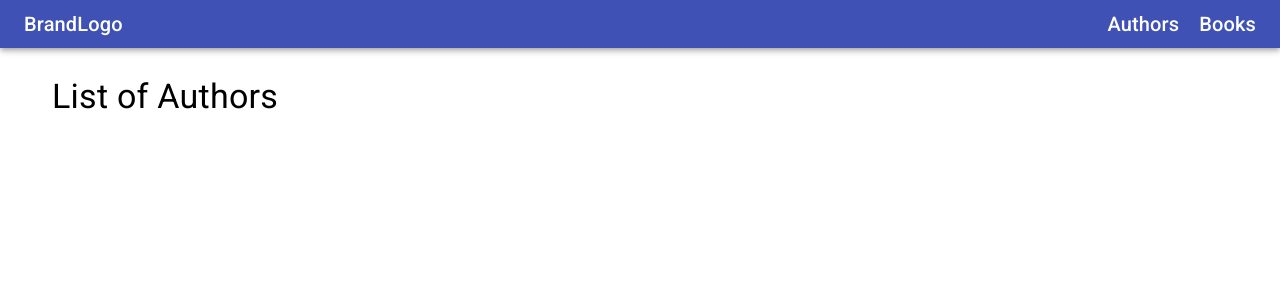
Repository: Sociophuck/00007494
Page: /authors (app in front/)
An editor plug-in stored every save of this project. The page is shown before and after the next save, followed by the edit.
The browser window is 1280 px wide. The pictures show the whole page.
The page's requests for data from a server got no answer. The project was rebuilt for these pictures with package versions that can differ from the ones it lists, and the page was loaded fresh each time. No one was signed in, and anything a server would have sent is missing. Also part of the build but not shown: front/src/Book.js, front/src/Home.js.

Above is the page before, as saved 2021-04-04 12:10:06.

After the next save:
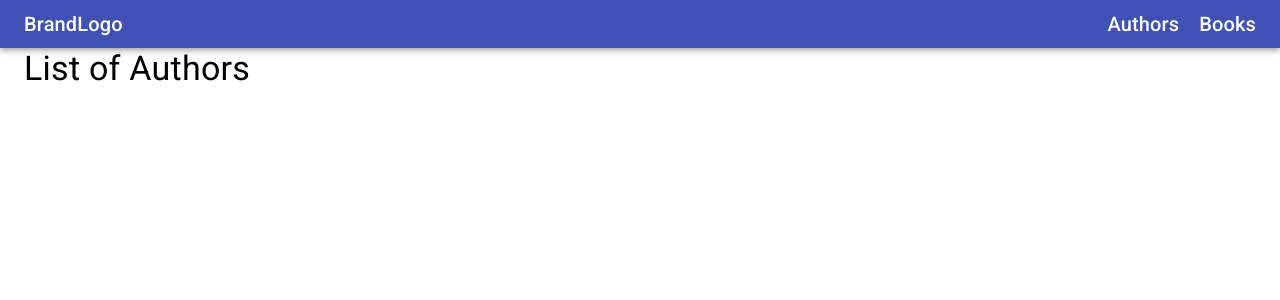
Saved 10 s later.
--- a/front/src/App.js
+++ b/front/src/App.js
@@ -10,7 +10,7 @@
     <Router>
       <div className="App">
         <NavBar />
-        <div className="mainBody">
+        <div className="">
           <Switch>
             <Route exact path="/">
               <Home />

After the save that followed:
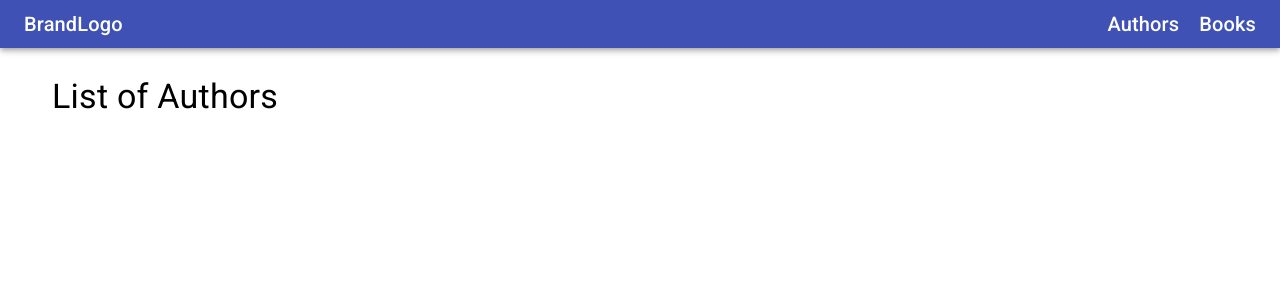
Saved 9 s later.
--- a/front/src/App.js
+++ b/front/src/App.js
@@ -10,7 +10,7 @@
     <Router>
       <div className="App">
         <NavBar />
-        <div className="">
+        <div className="mainBody">
           <Switch>
             <Route exact path="/">
               <Home />
